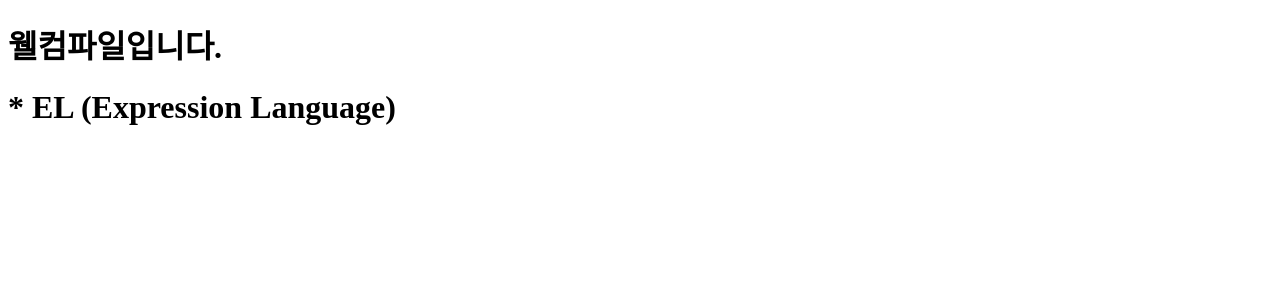
Repository: judeyong/myWebWorkSpace2
Page: http://localhost/Action_Project/
An editor plug-in stored every save of this project. The page is shown before and after the next save, followed by the edit.
The browser window is 1280 px wide. The pictures show the whole page.
The page is served by Tomcat 9.

Above is the page before, as saved 2024-04-03 00:23:37.

After the next save:
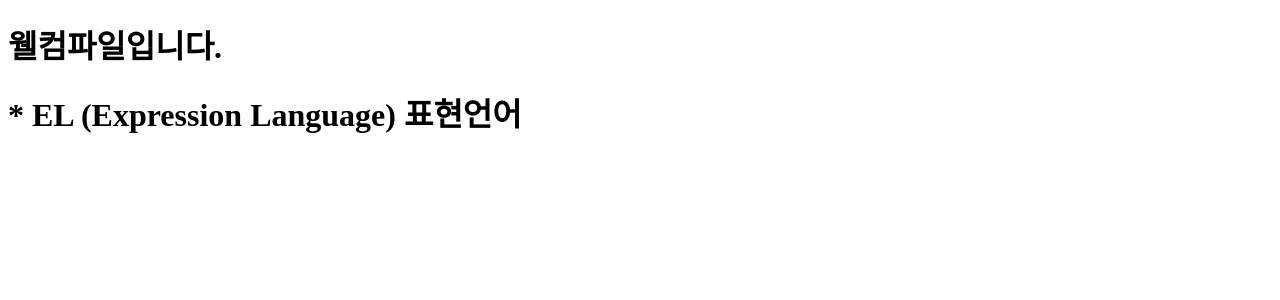
Saved 10 s later.
--- a/Action_Project/WebContent/index.jsp
+++ b/Action_Project/WebContent/index.jsp
@@ -9,7 +9,8 @@
 <body>
 	<h1>웰컴파일입니다.</h1>
 
-	<h1>* EL (Expression Language)</h1>
+	<h1>* EL (Expression Language) 표현언어</h1>
+
 
 </body>
 </html>
